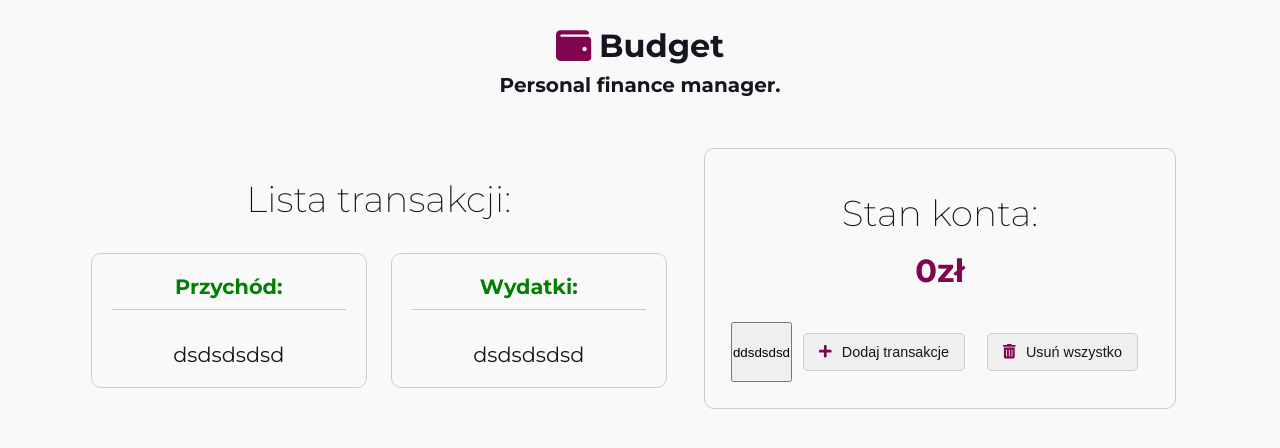
Repository: KrzysKolo/sr_tydzien4_zad4
Page: /
The author's editor kept a copy of each file at every save. The page is drawn from the files as they stood at one save, then again after the next save.
The browser window is 1280 px wide. The pictures show the whole page.
Some web libraries are served in a nearby version. The project was rebuilt for these pictures with package versions that can differ from the ones it lists, and the page was loaded fresh each time. Also part of the build but not shown: src/components/budgetComponents/formComponents/Header.js, src/components/budgetComponents/formComponents/ErrorMessage.js, src/components/budgetComponents/formComponents/Input.js, src/components/budgetComponents/formComponents/Select.js.

Above is the page before, as saved 2020-12-03 17:56:14.

### public/index.html
<!DOCTYPE html>
<html lang="en">
  <head>
    <meta charset="utf-8" />
    <link rel="icon" href="%PUBLIC_URL%/favicon.ico" />
    <meta name="viewport" content="width=device-width, initial-scale=1" />
    <meta name="theme-color" content="#000000" />
    <meta
      name="description"
      content="Web site created using create-react-app"
    />
    <link rel="apple-touch-icon" href="%PUBLIC_URL%/logo192.png" />
    <!--
      manifest.json provides metadata used when your web app is installed on a
      user's mobile device or desktop. See https://developers.google.com/web/fundamentals/web-app-manifest/
    -->
    <link rel="manifest" href="%PUBLIC_URL%/manifest.json" />
    <!--
      Notice the use of %PUBLIC_URL% in the tags above.
      It will be replaced with the URL of the `public` folder during the build.
      Only files inside the `public` folder can be referenced from the HTML.

      Unlike "/favicon.ico" or "favicon.ico", "%PUBLIC_URL%/favicon.ico" will
      work correctly both with client-side routing and a non-root public URL.
      Learn how to configure a non-root public URL by running `npm run build`.
    -->
    <link
      href="https://fonts.googleapis.com/css?family=Montserrat:200,400,700&display=swap&subset=latin-ext"
      rel="stylesheet"
    />
    <script
      src="https://kit.fontawesome.com/327a0d490c.js"
      crossorigin="anonymous"
    ></script>
    <title>Budget</title>
  </head>
  <body>
    <noscript>You need to enable JavaScript to run this app.</noscript>
    <div id="root"></div>
    <!--
      This HTML file is a template.
      If you open it directly in the browser, you will see an empty page.

      You can add webfonts, meta tags, or analytics to this file.
      The build step will place the bundled scripts into the <body> tag.

      To begin the development, run `npm start` or `yarn start`.
      To create a production bundle, use `npm run build` or `yarn build`.
    -->
  </body>
</html>

### src/App.js
import React from 'react';
import Budget from './components/Budget'

const App = () => {
  return (
    <>
      <Budget/>
    </>
  )
}

export default App;

### src/components/Budget.js
import React from 'react';
import Header from './budgetComponents/Header';
import Section from './budgetComponents/Section';
import SectionInfo from './budgetComponents/SectionInfo';
import H2 from './budgetComponents/sectionComponents/H2';
import styled, { createGlobalStyle } from 'styled-components';

const GlobalStyle = createGlobalStyle`
    * {
        padding: 0;
        margin: 0;
        box-sizing: border-box;
    }
    body {
        background-color: #f9f9f9;
        color: #14161f;
        font-family: "Montserrat", sans-serif;
        font-size: 16px;
        min-height: 100vh;
    }
    `;
const Container = styled.main`
    font-size: 1.5rem;
`;
const SectionContainer = styled.section`
    display: flex;
    flex-direction: row;
    justify-content: center;
    align-items: center;
`;
const SectionBudget = styled.section`
    display: flex;
    flex-direction: column;
    justify-content: center;
    align-items: center;
`;
const DivItems = styled.div`
    display: flex;
    flex-direction: row;
    justify-content: center;
    align-items: center;

`;
const Budget = () => {
    return (
        <>
            <GlobalStyle />
            <Container>
                <Header />
                <SectionContainer>
                    <SectionBudget>
                        <H2 title={"Lista transakcji"} />
                        <DivItems>
                            <Section title={"Przychód"} label={"p"}/>
                            <Section title={"Wydatki"}/>
                        </DivItems>
                    </SectionBudget>
                    <SectionInfo title={"Stan konta"}/>
                </SectionContainer>
            </Container>

        </>
    )
}

export default Budget;

### src/components/budgetComponents/Header.js
import React from 'react';
import styled from 'styled-components';
import { FontAwesomeIcon } from '@fortawesome/react-fontawesome';
import { faWallet } from '@fortawesome/free-solid-svg-icons';

const SectionHeader = styled.header`
    align-items: center;
    color: rgb(127, 5, 80);
    display: flex;
    font-size: 2.2rem;
    flex-direction: column;
    justify-content: center;
    padding: 2%;
`;
const DivHeader = styled.div`
    align-items: center;
    display: flex;
    flex-direction: row;
    justify-content: center;
    margin-bottom: 0.5rem;
`;
const H1Header = styled.h1`
    color: #14161f;
    font-size: 2rem;
    margin-left: .5rem;
`;
const H2Header = styled.h2`
    color: #14161f;
    font-size: 1.25rem;
`;
const Header = () => {
    return (
        <SectionHeader>
            <DivHeader>
                <FontAwesomeIcon icon={faWallet}/>
                <H1Header>Budget</H1Header>
            </DivHeader>
            <H2Header>Personal finance manager.</H2Header>
        </SectionHeader>
    )
}

export default Header;

### src/components/budgetComponents/Section.js
import React from 'react';
import { H1 }from './sectionComponents/index';
import styled from 'styled-components';

const SectionWrapper = styled.section`
    border: 1px solid #ccc;
    border-radius: 10px;
    display: flex;
    flex-direction: column;
    font-size: 1.3rem;
    justify-content: center;
    align-items: center;
    margin: 2%;
    padding: 20px;
    width: 300px;
`;
const Section = ({ title, label }) => {
    return (
        <SectionWrapper>
           <H1 title={title} label={label}> </H1>
           <p>dsdsdsdsd</p>
        </SectionWrapper>
    )
}

export default Section;

### src/components/budgetComponents/SectionInfo.js
import React, { useState } from 'react';
import { H2, P } from './sectionComponents/index';
import Form from './Form';
import Button from './../budgetComponents/buttons/Button';
import styled from 'styled-components';
import { faPlus,  faTrashAlt } from '@fortawesome/free-solid-svg-icons';
const SectionWrapper = styled.section`
    border: 1px solid #ccc;
    border-radius: 10px;
    display: flex;
    flex-direction: column;
    margin: 2vw;
    padding: 2%;
`;
const ButtonWrapper = styled.div`
    display: flex;
    flex-direction: row;
`;

const SectionInfo = ({ title }) => {
    const [showForm, setShowForm] = useState(false);
    const openForm = () =>{
        console.log("aaaaa");
        setShowForm(prev => !prev);
  };
    return (
        <>
        <SectionWrapper>
           <H2 title={title}> </H2>
           <P />
           <ButtonWrapper>
               <button onClick={openForm}>ddsdsdsd</button>
                <Button onClick={openForm} title="Dodaj transakcje" icons={faPlus} />
                <Button title="Usuń wszystko" icons={faTrashAlt} type="submit"/>
           </ButtonWrapper>

        </SectionWrapper>
        <Form showForm={showForm} setShowForm={setShowForm} />
        </>
    )
}

export default SectionInfo;

### src/components/budgetComponents/sectionComponents/H2.js
import React from 'react'
import styled from 'styled-components';

const TitleH2 = styled.h2`
    font-weight: 200;
    margin: 2% auto;
    padding: 0.5rem;
`;

const H2 = ({title}) => {
    return (
        <TitleH2>
            {title}:
        </TitleH2>
    )
}

export default H2;

### src/components/budgetComponents/sectionComponents/index.js
export { default as H1 } from './H1';
export { default as H2 } from './H2';
export { default as P } from './P';

### src/components/budgetComponents/Form.js
import React, { useState } from 'react';
import { Header, Input, Select } from './formComponents/';
import Button from './buttons/Button';
import styled from 'styled-components';
import SelectOptions from './../data/SelectOptions';
import { faBusinessTime, faSave, faWindowClose } from '@fortawesome/free-solid-svg-icons';
import { useFormik } from 'formik';
import * as yup from 'yup';

const FormWrapper = styled.form`

    background-color: #f9f9f9;
    border: 4px double rgb(127, 5, 80);
    border-radius: 10px;
    box-shadow: 3px 3px 5px rgba(127, 5, 80, 0.5);
    color: rgb(127, 5, 80);
    margin: 0 auto;
    padding: 10px;
    width: 30vw;
`;
const ButtonWrapper = styled.div`
    display: flex;
    flex-direction: row;
    justify-content: center;
    border-top: 1px solid rgba(127, 5, 80, 0.3);
    padding-top: 10px;
    margin-top: 1.4rem;
`;

const FormData = ({ showForm, setShowForm }) => {
    const initialValues  = {
        name: '',
        amount: '',
        category: -1,
    };
    const validationSchema = yup.object({
        name: yup.string().required("Required").min(3, "Musi być min 3 znaki").max(50,"Moze być max 50 znaków"),
        amount: yup.number().required("Required").min(1, "Musi być conajmniej 1 cyfra"),
        category: yup.number().required("Musi być wybrane").min(0, ).max(5),
    })
    const onSubmit = ( values, {resetForm} ) => {
        console.log('Form data', values);
        setShowMessage(true);
        resetForm();
    };
    const [ showMessage, setShowMessage ] = useState(false);
    const formik = useFormik({
        initialValues,
        validationSchema,
        onSubmit,
    });
    return (
        <>
        { showForm &&
        <FormWrapper onSubmit={formik.handleSubmit}>
            <Header icons={faBusinessTime} title={"Dodaj transakcje!"} />
            <Input type="text" label="Nazwa transakcji" name="name" placeholder="nazwa transakcji..." onChange={formik.handleChange} value={formik.values.name} onBlur={formik.handleBlur} error={formik.errors.name} message={formik.errors.name} touched={formik.touched.name} />
            <Input type="text" label="Kwota transakcji" name="amount" placeholder="kwota..." onChange={formik.handleChange} value={formik.values.amount} onBlur={formik.handleBlur} error={formik.errors.amount} message={formik.errors.amount} touched={formik.touched.amount}/>
            <Select options={SelectOptions} label="Wybierz kategorię transakcji" name="category" onChange={formik.handleChange} value={formik.values.category} onBlur={formik.handleBlur} error={formik.errors.category} message={formik.errors.category} touched={formik.touched.category}/>
            <ButtonWrapper>
                <Button type="save" title="Zapisz" icons={faSave}/>
                <Button title="Anuluj" icons={faWindowClose} type="cancel"  />
            </ButtonWrapper>
        </FormWrapper>
        }
        </>
    )
}

export default FormData;

### src/components/budgetComponents/buttons/Button.js
import React from 'react';
import styled from 'styled-components';
import { FontAwesomeIcon } from '@fortawesome/react-fontawesome';

const ButtonDiv = styled.button`
    border: 1px solid #ccc;
    border-radius: 5px;
    margin: 0.7rem;
    padding: 10px 15px;
    display: flex;
    flex-direction: row;
    color: rgb(127, 5, 80);
    font-size: 0.9rem;
    cursor: pointer;
    transition: 0.3s ease-in-out;
    &:hover {
        border: 1px solid rgba(127, 5, 80, 0.4);
        background-color:  #f9f9f9;
        color: rgba(127, 5, 80, 0.5);
    }
`;
const ButtonTitleDiv = styled.div`
    margin-left: 10px;
    color: #14161f;
`;
const Button = ({ title, icons, onClick }) => {
    return (
        <ButtonDiv onClick={onClick}>
            <FontAwesomeIcon icon={icons} />
            <ButtonTitleDiv>{title}</ButtonTitleDiv>
        </ButtonDiv>
    )
}

export default Button;

### src/components/budgetComponents/sectionComponents/H1.js
import React from 'react'
import styled from 'styled-components';

const TitleH1 = styled.h1`
    border-bottom: 1px solid #ccc;
    color: ${label => label ? 'green' : 'red'};
    margin-bottom: 2rem;
    padding-bottom: 10px;
    display: block;
    width: 100%;
    text-align: center;
`;

const H1 = ({title, label}) => {
    return (
        <TitleH1>
            {title}:
        </TitleH1>
    )
}

export default H1;

### src/components/budgetComponents/sectionComponents/P.js
import React from 'react';
import styled from 'styled-components';

const InfoP = styled.p`
    color: rgb(127, 5, 80);
    font-size: 2rem;
    font-weight: bold;
    width: 100%auto;
    text-align: center;
    padding-bottom: 2rem;
`;

const P = () => {
    return (
        <InfoP>
            0zł
        </InfoP>
    )
}

export default P;

### src/components/budgetComponents/formComponents/index.js
export { default as Header } from './Header';
export { default as Input } from './Input';
export { default as ErrorMessage } from './ErrorMessage';
export { default as Select } from './Select';

### src/components/data/SelectOptions.js
const SelectOptions=[
    { id: -1, value: "-1", label:"", title: 'Select...' },
    { id: 0, value: "0", label:"[+]", title: 'Przychód' },
    { id: 1, value: "1", label:"[-]", title: 'Rachunki' },
    { id: 2, value: "2", label:"[-]", title: 'Sport' },
    { id: 3, value: "3", label:"[-]", title: 'Wyżywienie' },
    { id: 4, value: "4", label:"[-]", title: 'Kultura' },
    { id: 5, value: "5", label:"[-]", title: 'Wypoczynek' },
];
export default SelectOptions;

Loaded but not shown: src/index.js (common file); src/index.css (common file)

After the next save:
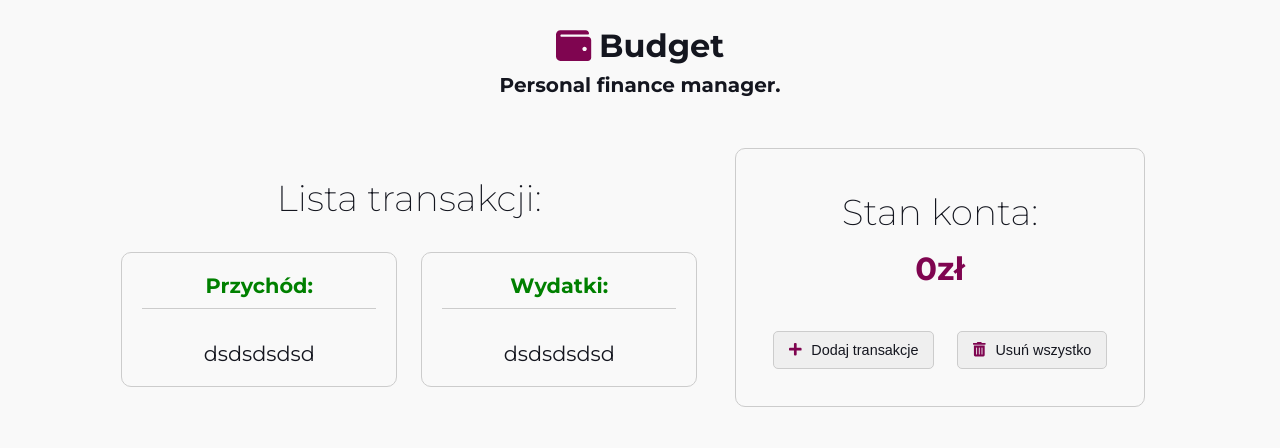
Saved 64 s later.
--- a/src/components/budgetComponents/SectionInfo.js
+++ b/src/components/budgetComponents/SectionInfo.js
@@ -29,7 +29,6 @@ const SectionInfo = ({ title }) => {
            <H2 title={title}> </H2>
            <P />
            <ButtonWrapper>
-               <button onClick={openForm}>ddsdsdsd</button>
                 <Button onClick={openForm} title="Dodaj transakcje" icons={faPlus} />
                 <Button title="Usuń wszystko" icons={faTrashAlt} type="submit"/>
            </ButtonWrapper>
